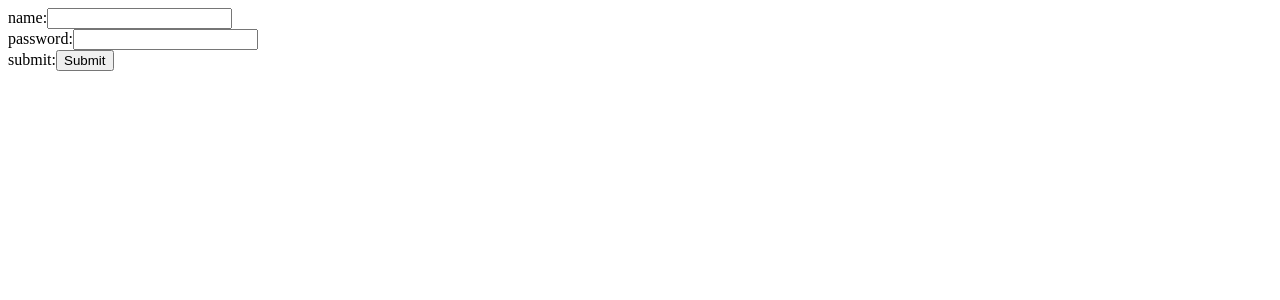
Repository: Ranjithamshivamatta/Java
Page: LoginValidation/WebContent/login.html
These files come from the project's save history. The page is drawn as it stood at one moment and after the next save; the edit follows.
The browser window is 1280 px wide. The pictures show the whole page.

Above is the page before, as saved 2019-04-23 14:51:15.

After the next save:
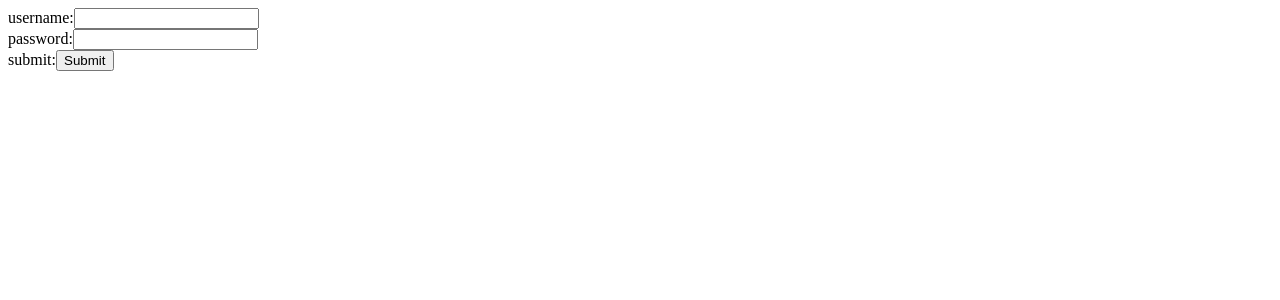
Saved 13 h 38 min later.
--- a/LoginValidation/WebContent/login.html
+++ b/LoginValidation/WebContent/login.html
@@ -5,7 +5,7 @@
 <title>Welcome to login page</title>
 </head>
 <body>
-name:<input type  = "text" name ="name" /><br>
+username:<input type  = "text" name ="username" /><br>
 
 password:<input type ="password" name ="password" /><br>
 submit:<input type="submit" value="Submit" />
